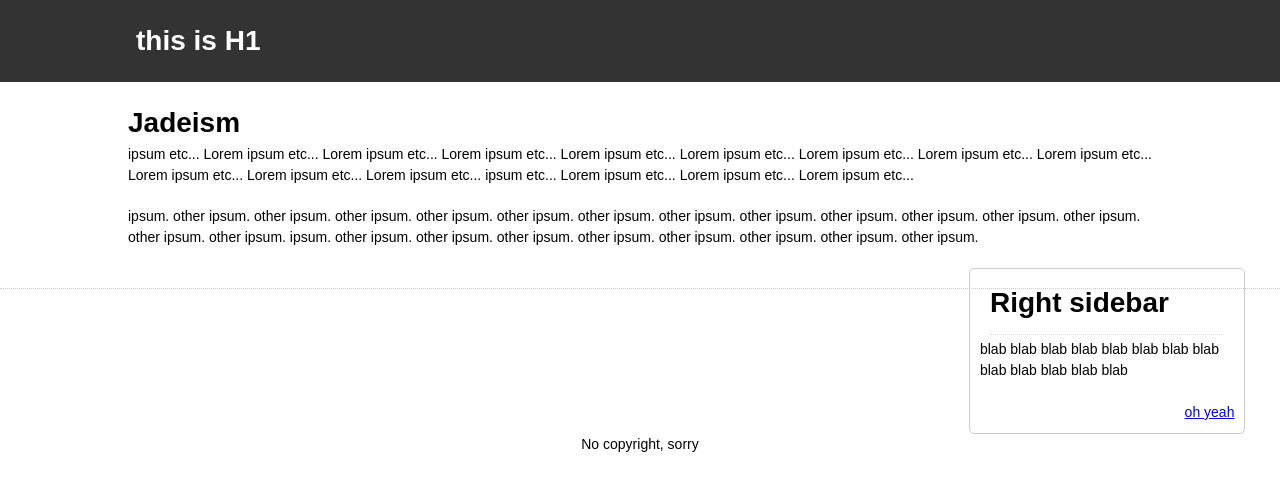
Repository: simonbcky/101
Page: http://localhost/j
The author's editor kept a record of every edit. The page is drawn from the files as they stood at one moment, then again after the next edit.
The browser window is 1280 px wide. The pictures show the whole page.
The page is served by the project's Node server (Jadestuff/index.js).

Above is the page before.

### Jadestuff/views/index.jade
extends ./layout.jade
block content
    h1 #{title}
    p
        Lorem ipsum etc... Lorem ipsum etc... Lorem ipsum etc... Lorem ipsum etc... Lorem ipsum etc... Lorem ipsum etc... Lorem ipsum etc... Lorem ipsum etc... Lorem ipsum etc... Lorem ipsum etc... Lorem ipsum etc... Lorem ipsum etc...
        Lorem ipsum etc... Lorem ipsum etc... Lorem ipsum etc... Lorem ipsum etc...
    p
        other ipsum. other ipsum. other ipsum. other ipsum. other ipsum. other ipsum. other ipsum. other ipsum. other ipsum. other ipsum. other ipsum. other ipsum. other ipsum. other ipsum. other ipsum.
        other ipsum. other ipsum. other ipsum. other ipsum. other ipsum. other ipsum. other ipsum. other ipsum. other ipsum.
block sidebar
    .block
        h1 Right sidebar
        p
            blab blab blab blab blab blab blab blab blab blab blab blab blab blab
        br
        .readmore
            a(href="http://infoframe.hu") oh yeah

### Jadestuff/views/layout.jade
doctype html
html
    head
        title #{title} - Node.js with jade
        link(rel='stylesheet', href='/css/styles.css')
    body
        header
            .container
                h1 this is H1
        .container
            .main-content
                block content
        .sidebar
            .container
                block sidebar
        footer
            .container
                p No copyright, sorry

### Jadestuff/index.js
var express = require("express")
var jade = require("jade")

var portNo = process.env.PORT

var app = express()

console.log("express inited")

app.set('views',__dirname + "/views")
app.set("view engine", "jade")

console.log("jade inited")

//css, img etc coming from:
var path= __dirname+"/../client"
console.log(path)

app.use(express.static(path))

app.get("/d",function(req,res){    res.render("default")
})

app.get("/j",function(req,res){    res.render("index", {title:"Jadeism"})
})



app.listen(portNo, function() {console.log("index.js listening")})

### client/css/styles.css
/* clear everything out */
*{
    margin:0;
    padding:0;
}

body{
    line-height:1.5;
    font-family:Arial;
    font-size:14px;
    color:#000;
    background:#fff;
}

ul,li{
    list-style:none;
}

.container{
    width:80%;
    margin:auto;
    overflow:hidden;

}

header{
    padding:20px 10px;
    color:#fff;
    background:#333;
    margin-bottom:20px;

}

header h1{

    color:#fff;

}
.main-content p{
    margin-bottom:20px;

}

.sidebar{
    float:right;
    width:27%;

}

.sidebar .block{
    border-radius:5px;
    border:1px solid #ccc;
    padding:0 10px 10px 10px;
    background:##f4f4f4;
    overflow:hidden;

}

.sidebar .block h1{
    margin:13px 10px 4px;
    padding-bottom:10px;
    border-bottom:1px dotted #ddd;

}

.readmore{
    float:right;

}

.readmore a{
    #666;

}

footer{
    border-top:1px dotted #ccc;
    padding-top:5px;
    text-align:center;
    margin-top:20px;

}


/*when browser is under 568px the following applies: */
@media(max-width:568px){
    header{
        text-align:center;
    }

    .main-content{
        float:none;
        width:100%;
        clear:both;
        text-align:center;
    }

    .sidebar{
        float:none;
        width:100%;
        clear:both;
        text-align:center;
    }

    .sidebar .block{
        margin:0;

    }
}

After the next edit:
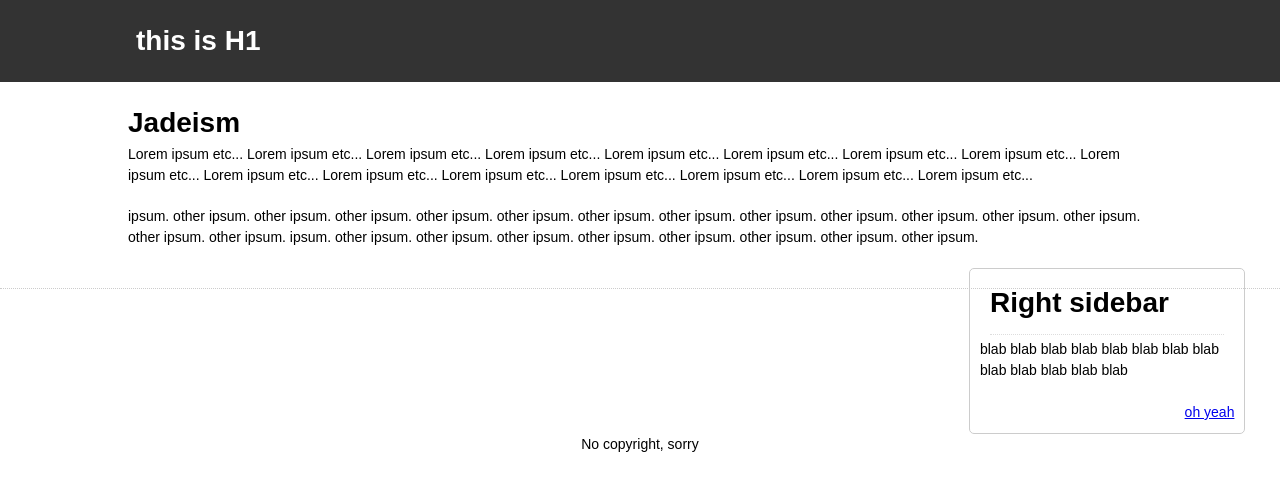
The edit:
--- a/Jadestuff/views/index.jade
+++ b/Jadestuff/views/index.jade
@@ -1,7 +1,7 @@
 extends ./layout.jade
 block content
     h1 #{title}
-    p
+    p.
         Lorem ipsum etc... Lorem ipsum etc... Lorem ipsum etc... Lorem ipsum etc... Lorem ipsum etc... Lorem ipsum etc... Lorem ipsum etc... Lorem ipsum etc... Lorem ipsum etc... Lorem ipsum etc... Lorem ipsum etc... Lorem ipsum etc...
         Lorem ipsum etc... Lorem ipsum etc... Lorem ipsum etc... Lorem ipsum etc...
     p
